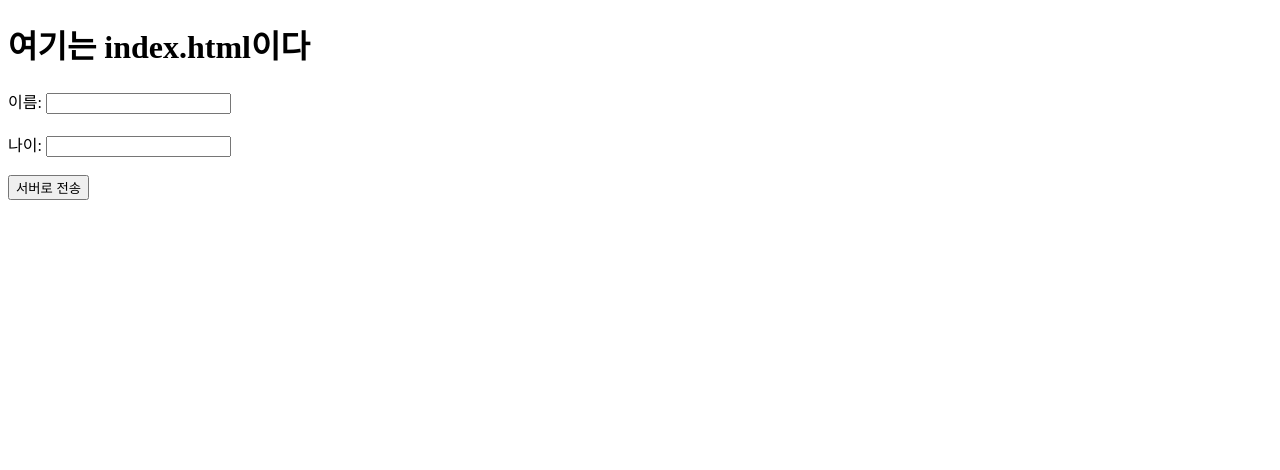
Repository: Yuram-Park/acorn_study
Page: ServletTest3/src/main/webapp/index.html
The author's editor kept a copy of each file at every save. The page is drawn from the files as they stood at one save, then again after the next save.
The browser window is 1280 px wide. The pictures show the whole page.

Above is the page before, as saved 2023-09-14 03:51:41.

### ServletTest3/src/main/webapp/index.html
<!DOCTYPE html>
<html>
<head>
<meta charset="UTF-8">
<title>Insert title here</title>
</head>
<body>
	<h1>여기는 index.html이다</h1>

	<form action="/ServletTest3/test1">
		이름: <input type = "text" name="name"><br><br>
		나이: <input type = "text" name="age"><br><br>
		<input type="submit" value="서버로 전송"/>
	</form>
</body>
</html>

After the next save:
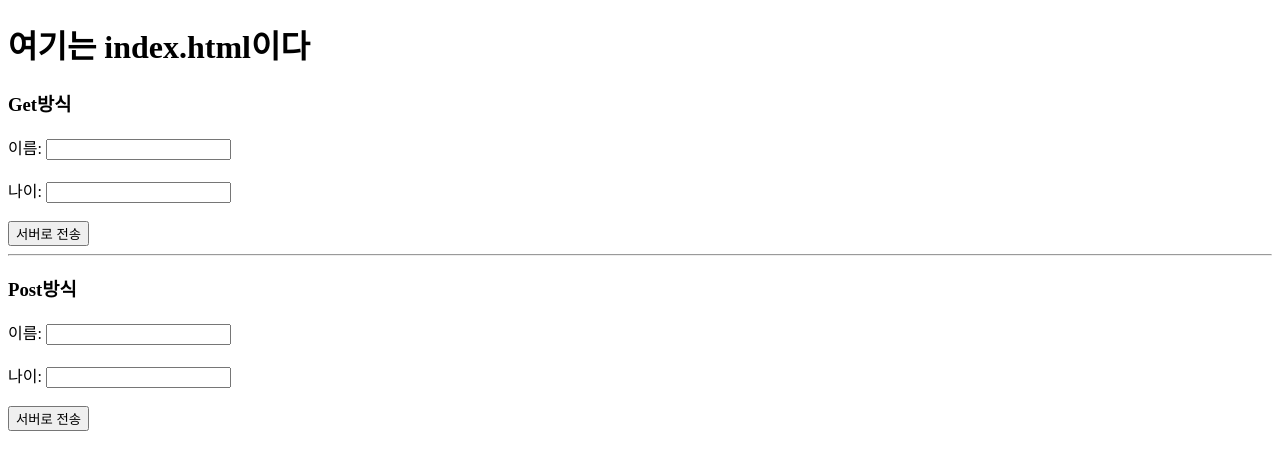
Saved 10 min 2 s later.
--- a/ServletTest3/src/main/webapp/index.html
+++ b/ServletTest3/src/main/webapp/index.html
@@ -7,7 +7,16 @@
 <body>
 	<h1>여기는 index.html이다</h1>
 
+	<h3>Get방식</h3>
 	<form action="/ServletTest3/test1">
+		이름: <input type = "text" name="name"><br><br>
+		나이: <input type = "text" name="age"><br><br>
+		<input type="submit" value="서버로 전송"/>
+	</form>
+	<hr/>
+
+	<h3>Post방식</h3>
+	<form action ="/ServletTest3/test1" method="post">
 		이름: <input type = "text" name="name"><br><br>
 		나이: <input type = "text" name="age"><br><br>
 		<input type="submit" value="서버로 전송"/>
